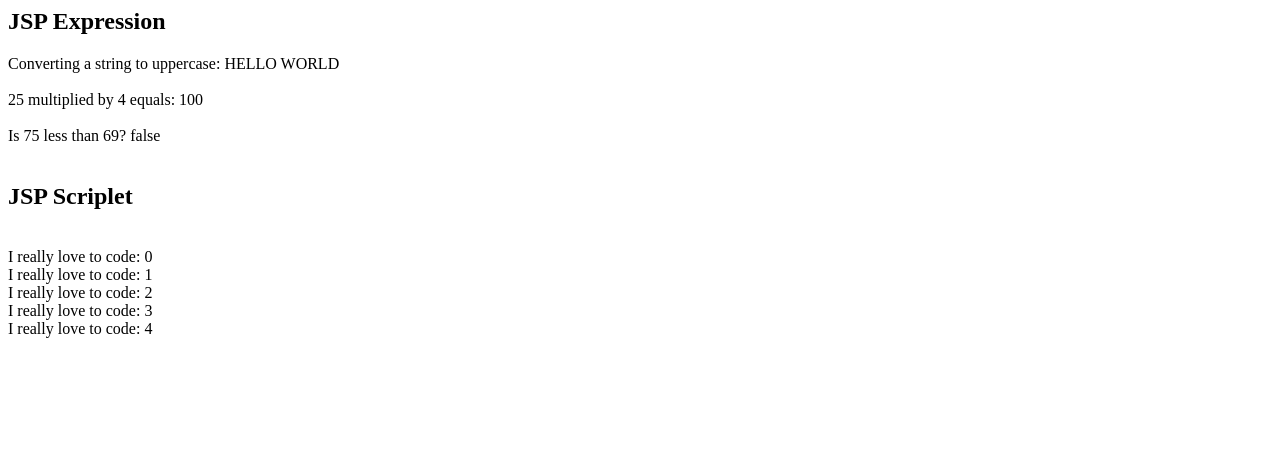
Repository: xiaoliu-lucy/JSP
Page: http://localhost/jspdemo/expressions.jsp
The author's editor kept a copy of each file at every save. The page is drawn from the files as they stood at one save, then again after the next save.
The browser window is 1280 px wide. The pictures show the whole page.
The page is served by Tomcat 9. Other server files are loaded and not shown.

Above is the page before, as saved 2017-08-10 00:59:46.

### jspdemo/WebContent/expressions.jsp
<html>
<body>
<h2>JSP Expression</h2>
Converting a string to uppercase: <%= new String("hello world").toUpperCase() %>
<br/><br/>
25 multiplied by 4 equals: <%= 25*4 %>
<br/><br/>
Is 75 less than 69? <%= 75 < 69 %>
<br/><br/>
<h2>JSP Scriplet</h2>
<%
 for (int i = 0 ; i < 5; i ++) {
	 out.println("<br/> I really love to code: " + i);
 }
%>
</body>
</html>

After the next save:
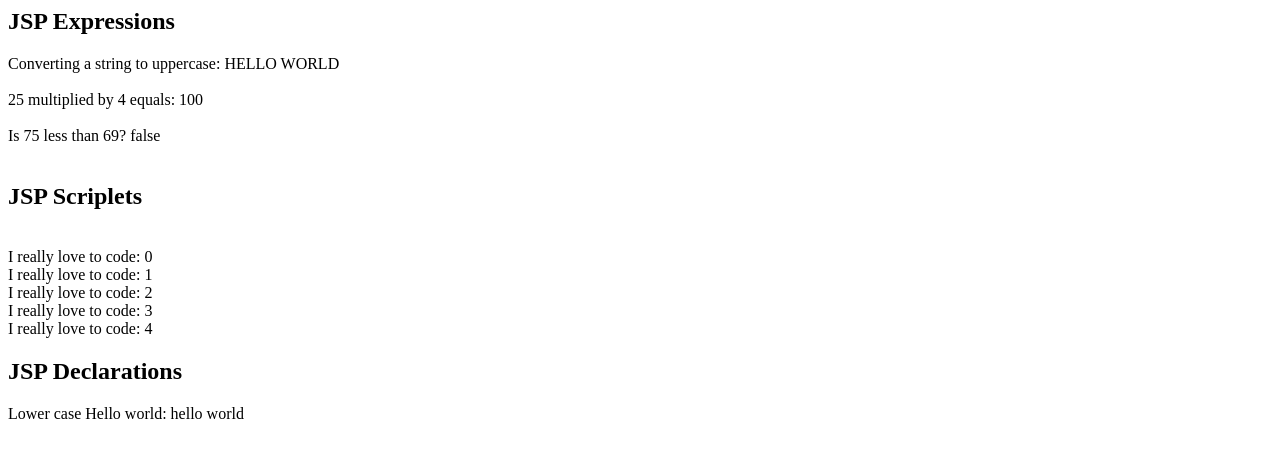
Saved 28 min 46 s later.
--- a/jspdemo/WebContent/expressions.jsp
+++ b/jspdemo/WebContent/expressions.jsp
@@ -1,17 +1,24 @@
 <html>
 <body>
-<h2>JSP Expression</h2>
+<h2>JSP Expressions</h2>
 Converting a string to uppercase: <%= new String("hello world").toUpperCase() %>
 <br/><br/>
 25 multiplied by 4 equals: <%= 25*4 %>
 <br/><br/>
 Is 75 less than 69? <%= 75 < 69 %>
 <br/><br/>
-<h2>JSP Scriplet</h2>
+<h2>JSP Scriplets</h2>
 <%
  for (int i = 0 ; i < 5; i ++) {
 	 out.println("<br/> I really love to code: " + i);
  }
 %>
+<h2>JSP Declarations</h2>
+<%!
+ String makeItLower(String data) {
+   return data.toLowerCase();
+ }
+%>
+Lower case Hello world: <%= makeItLower("Hello World") %>
 </body>
 </html>
